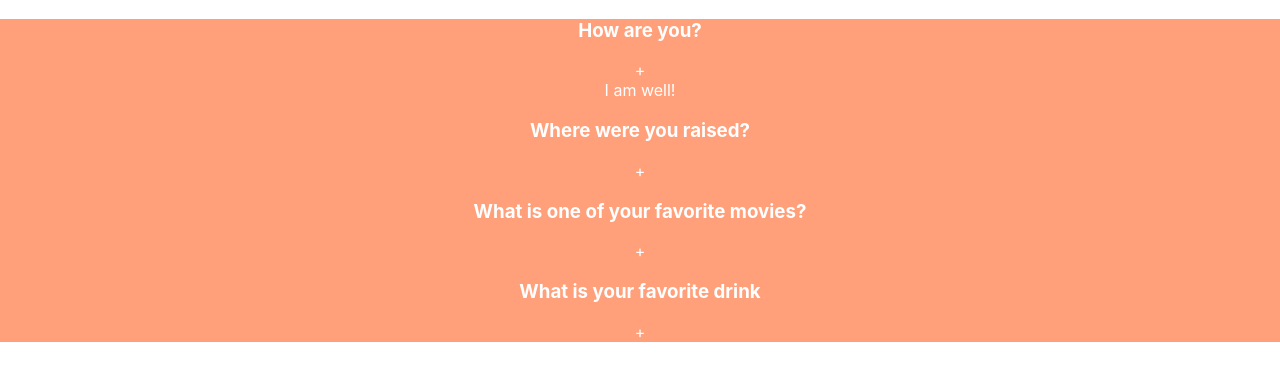
Repository: kosenijr/react-projects
Page: / (app in accordion/), after clicking the first element matching `div.title`
These files come from the project's save history. The page is drawn as it stood at one moment and after the next save; the edit follows.
The browser window is 1280 px wide. The pictures show the whole page.
The project was rebuilt for these pictures with package versions that can differ from the ones it lists, and the page was loaded fresh each time.

Above is the page before, as saved 2024-03-02 22:22:52.

### accordion/src/App.js
import React from "react";
import "./App.css";
import Accordion from "./components/Accordion";

function App() {
  return (
    <div className="App">
      <Accordion />
    </div>
  );
}

export default App;

### accordion/src/components/Accordion.js
import React, { useState } from "react";
import styles from "../styles/Accordion.css";
import data from "../data";

function Accordion() {
  // setting up useState
  const [selected, setSelected] = useState(null);
  // setting up handling
  const handleSingleSelection = (getCurrentId) => {
    console.log(selected, getCurrentId);
    // setSelected(getCurrentId === selected ? null : getCurrentId); // keep add condition for closure
    setSelected(selected !== getCurrentId ? getCurrentId : null)
  };

  return (
    <div className="wrapper">
      {/* single selection accordion */}
      <div className="accordion">
        {data && data.length > 0 ? (
          data.map((dataItem) => (
            <div className="item" key={dataItem.id}>
              {" "}
              {/* always remember to add key */}
              <div
                className="title"
                onClick={() => handleSingleSelection(dataItem.id)}
              >
                <h3>{dataItem.question}</h3>
                <span>+</span>
              </div>
              {selected === dataItem.id ? (
                <div className="content ">{dataItem.answer}</div>
              ) : null}
            </div>
          ))
        ) : (
          <div>No data found!</div>
        )}
      </div>
    </div>
  );
}

export default Accordion;

### accordion/src/styles/Accordion.css
.wrapper {

}
.accordion {
background-color: lightsalmon;
color: white;
}

### accordion/src/data.js
const data = [
  {
    id: 1,
    question: "How are you?",
    answer: "I am well!",
  },

  {
    id: 2,
    question: "Where were you raised?",
    answer: "I was raised in Queens.",
  },

  {
    id: 3,
    question: "What is one of your favorite movies?",
    answer: "Harlem Nights",
  },

  {
    id: 4,
    question: "What is your favorite drink",
    answer: "Water",
  },
];

export default data;

Loaded but not shown: accordion/public/index.html (common file); accordion/src/index.js (common file); accordion/src/index.css (common file); accordion/src/reportWebVitals.js (common file); accordion/src/App.css (common file)

After the next save:
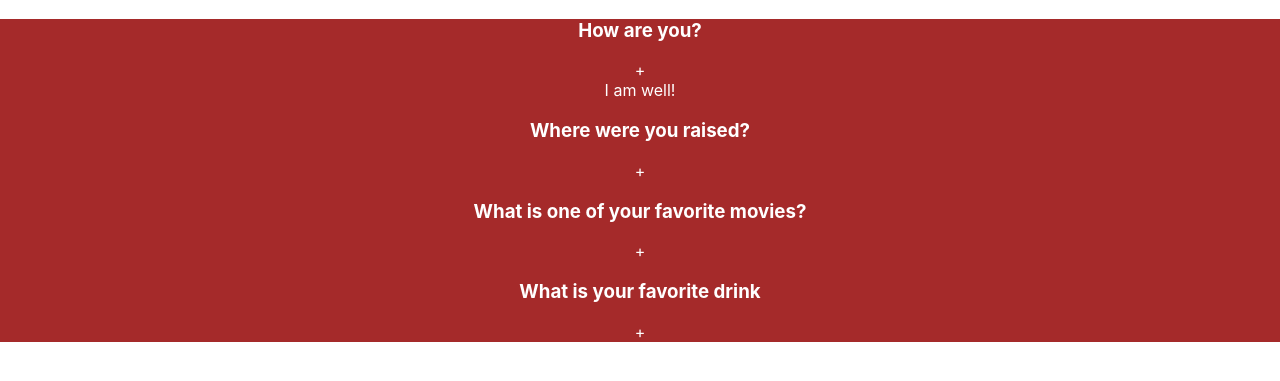
Saved 6 s later.
--- a/accordion/src/styles/Accordion.css
+++ b/accordion/src/styles/Accordion.css
@@ -2,6 +2,6 @@
 
 }
 .accordion {
-background-color: lightsalmon;
+background-color: brown;
 color: white;
 }
